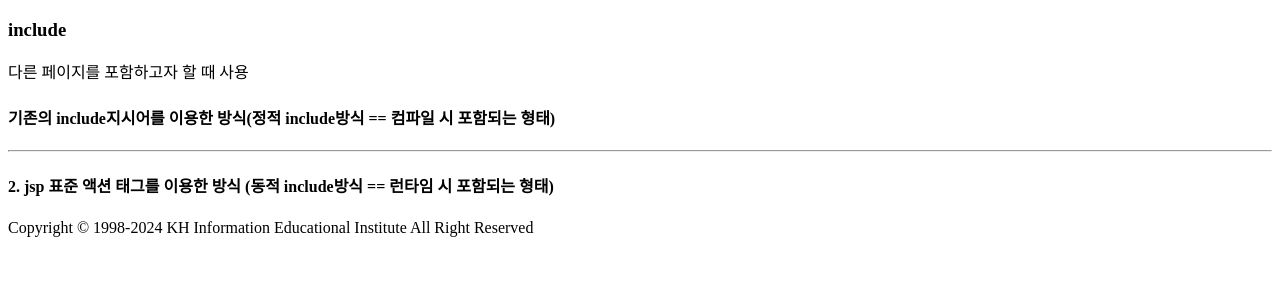
Repository: judeyong/myWebWorkSpace2
Page: http://localhost/Action_Project/views/StandardAction/01_include.jsp
An editor plug-in stored every save of this project. The page is shown before and after a run of saves, followed by the edit.
The browser window is 1280 px wide. The pictures show the whole page.
The page is served by Tomcat 9.

Above is the page before, as saved 2024-04-03 03:28:35.

After the next 2 saves:
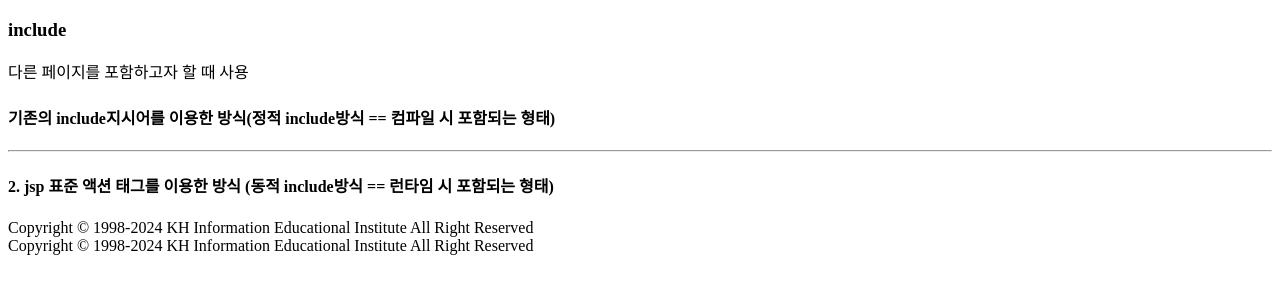
The 2 saves are shown as one change because they came seconds apart.
The last was saved 29 s later.
--- a/Action_Project/WebContent/views/StandardAction/01_include.jsp
+++ b/Action_Project/WebContent/views/StandardAction/01_include.jsp
@@ -38,6 +38,7 @@
 
 	<!-- 반드시 시작태그와 종료태그를 둘 다 작성해야함 XML 기술이기 때문에 -->
 
+	<jsp:include page="footer.jsp" />
 
 
 
